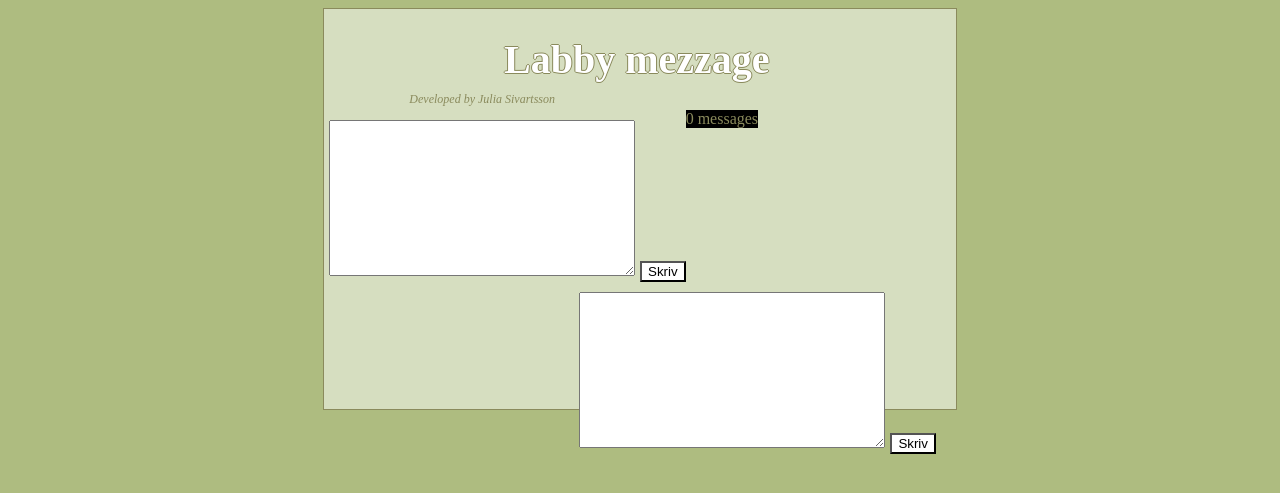
Repository: JuliaSivartsson/1dv403-jsigc09-laborationer
Page: 2-labbymezzage/Extraupgift/index.html
The author's editor kept a record of every edit. The page is drawn from the files as they stood at one moment, then again after the next edit.
The browser window is 1280 px wide. The pictures show the whole page.

Above is the page before.

### 2-labbymezzage/Extraupgift/index.html
<!DOCTYPE html>
<html lang="sv">
<head>
	<meta charset="UTF-8" />
    <link rel="stylesheet" type="text/css" href="css/style.css">
 	<title>Labby message</title>
</head>
    <body>
        <div id="content">
            <h1>Labby mezzage</h1>

            <div id="board1">
            </div>
            <div id="board2">
            </div>
        </div>

    	  <script src="js/MessageBoard.js"></script>
    	  <script src="js/Message.js"></script>

    </body>
<footer>
    <p>Developed by Julia Sivartsson</p>
</footer>
</html>

### 2-labbymezzage/Extraupgift/css/style.css
body{
    background-color: #AEBC80;
       font-family: serif;
       color: #8A8A5C;
}

h1{
   color: #fff;
   margin-left: 180px;
   font-size: 40px;
    text-shadow: -1px 0 #8A8A5C, 0 1px #8A8A5C, 1px 0 #8A8A5C, 0 -1px #8A8A5C;
}

#content{
    width: 50%;
    height: 400px;
    margin: 0 auto;
    border: 1px solid #8A8A5C;
    background-color: #D6DEC0;

}

#board1{
    float: left;
}

#board2{
    float: right;
    margin-right: 20px;
}

#text{
    background-color: #fff;
}

#text p{
    font-size: 15px;
    margin: 0 30px;
    padding-top: 10px;
}

#viewmessages{
    background-color: #D6DEC0;
    padding-left: 10px;
}

.textareaContent{
    margin: 10px 5px 0 5px;
    width: 300px;
    height: 150px;
}

.textareaShow{
    background-color: #000;
}

footer{
    position: relative;
    top: -330px;
    width: 500px;
    height: 30px;
    margin: 0 auto;
}

footer p{
    font-size: 12px;
    font-style: italic;
    text-align: center;
}

.right{
    float: right;
    margin-right: 10px;
}

.button{
    background-color: #fff;
}

.count{
    float: right;
    background-color: #000;
}
span{
    font-size: 10px;
}

### 2-labbymezzage/Extraupgift/js/MessageBoard.js
"use strict";

window.onload = function(){
    new MessageBoard("board1");
    new MessageBoard("board2");
    };

function MessageBoard(containerId){
    this.rootId = document.getElementById(containerId);
    this.messages = [];

    //Run methods on creation
    this.drawBoards();
    this.renderMessages();
}



MessageBoard.prototype.createMessage = function(){
        //Skapa nytt meddelande
        var text;
        var newMessage;

        text = this.rootId.getElementsByClassName("textareaContent")[0];
        console.log(text.value);
        console.log(this.rootId);

        //Är fältet tomt så händer ingenting
        if(text.value !== ""){
            newMessage = new Message(text, new Date());
            this.messages.push(newMessage);
        }

        text = "";
        this.renderMessages();
};

MessageBoard.prototype.renderMessage = function(messageID, count){
        //Skriv ut ETT meddelande

        var that = this;

        var mezzageShow = document.createElement("div");

        var viewmessages;
        var imgClock;
        var aClock;
        var imgRemove;
        var aRemove;
        var messageText;
        var spanTime;
        var time;
        var hr;

    //Tidknapp
        imgClock = document.createElement("img");
        imgClock.setAttribute("src", "img/clock1.png");
        imgClock.setAttribute("alt", "Time");

        aClock = document.createElement("a");
        aClock.setAttribute("href", "#");
        aClock.setAttribute("class", "right");
        aClock.appendChild(imgClock);

        aClock.onclick = function(){
            alert(MessageBoard.messages[messageID].getDateText());
        };

    //Ta bort knapp
        imgRemove = document.createElement("img");
        imgRemove.setAttribute("src", "img/remove1.png");
        imgRemove.setAttribute("alt", "delete");

        aRemove = document.createElement("a");
        aRemove.setAttribute("href", "#");
        aRemove.setAttribute("class", "right");
        aRemove.appendChild(imgRemove);

        aRemove.onclick = function(){
            if(confirm("Are you sure you want to delete this message?")){
                MessageBoard.deleteMessage(messageID);
            }
            else{

            }
        };

    //Meddelandetext
        messageText = document.createElement("p");
        messageText.innerHTML = that.messages[messageID].getHTMLText();
        var ourTime = new Date();

    //Tidsstämpel
        spanTime = document.createElement("span");
        time = ourTime.toLocaleTimeString();
        spanTime.innerHTML = time;

    //HR-tagg
        hr = document.createElement("hr");

        mezzageShow.appendChild(aClock);
        mezzageShow.appendChild(aRemove);
        mezzageShow.appendChild(messageText);
        mezzageShow.appendChild(spanTime);
        mezzageShow.appendChild(hr);

};

MessageBoard.prototype.renderMessages = function(){
        //Skriv ut ALLA meddelanden

        var that = this;
        console.log("hej");
        var messageShow = document.getElementsByClassName("textareaContent")[0];
        var messageCount = document.getElementsByClassName("count")[0];
        var count = 0;
        //Rensar från tidigare utskrifter
        messageShow.innerHTML = "";

        var messageText = "";
        this.messages.forEach( function(message){
            messageShow.appendChild(that.renderMessage(message,count));
        });

        messageCount.innerHTML = this.count();
};

MessageBoard.prototype.deleteMessage = function(){
        //Radera meddelande
        MessageBoard.messages.splice(messageID, 1);
        MessageBoard.count();
        MessageBoard.renderMessages();
        //console.log("Deleted message " + messageID.innerHTML);
};

MessageBoard.prototype.count = function(){
        //Räknar antal meddelande
        return this.messages.length + " messages";
};


MessageBoard.prototype.drawBoards = function(){
            var that = this;
        var mezzageMain = document.createElement("div");
        mezzageMain.className = "text";
        this.rootId.appendChild(mezzageMain);

        var mezzageCount = document.createElement("div");
        mezzageCount.className = "count";
        this.rootId.appendChild(mezzageCount);

        var mezzageTextarea = document.createElement("textarea");
        mezzageTextarea.className = "textareaContent";
        mezzageTextarea.onkeypress = function(e){
            if(e.keyCode == 13 && !e.shiftKey){
                console.log("enter pressed");
                e.preventDefault();
                that.createMessage();
            }
        };

        this.rootId.appendChild(mezzageTextarea);

        that.count();

        //Referens till submit-knappen
        var mezzageButton = document.createElement("button");
        mezzageButton.className = "button";
        var buttonText = document.createTextNode("Skriv");
        mezzageButton.appendChild(buttonText);

        this.rootId.appendChild(mezzageButton);

        mezzageButton.onclick = function(e){
            that.createMessage();
        };

};

### 2-labbymezzage/Extraupgift/js/Message.js
"use strict";

function Message(message, date){

    this.getText = function(){
        return message;
    }

    this.setText = function(_text){
        message = _text;
    }

    this.getDate = function(){
        return date;
    }

    this.setDate = function(_date){
        date = _date;
    }

}

Message.prototype.toString = function(){
    return this.getText() + " ("+this.getDate()+")";
}

Message.prototype.getHTMLText = function(){
    return this.getText().replace(/[\n]/g, "<br />");
}

Message.prototype.getDateText = function(){
	var i = this.getDate().getMonth();
	var months = ["january", "february", "march", "april", "may", "june", "july", "august", "september", "october", "november", "december"];

	return	"Created "+this.getDate().getDate()+" " +months[i]+" "+this.getDate().getFullYear()+" at "+this.getDate().toLocaleTimeString();
}

After the next edit:
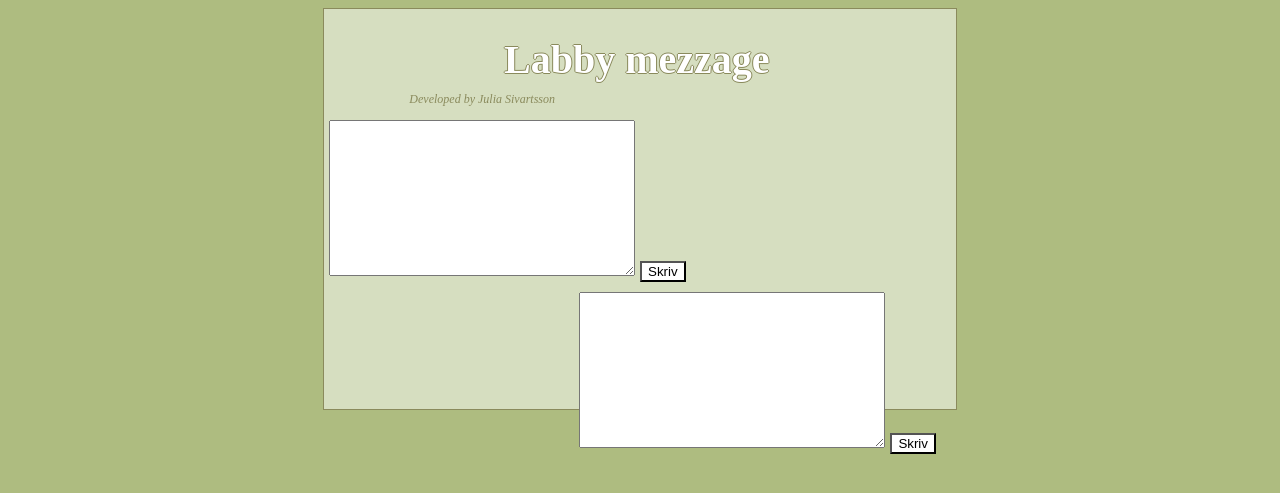
The edit:
--- a/2-labbymezzage/Extraupgift/js/MessageBoard.js
+++ b/2-labbymezzage/Extraupgift/js/MessageBoard.js
@@ -11,7 +11,6 @@
 
     //Run methods on creation
     this.drawBoards();
-    this.renderMessages();
 }
 
 
